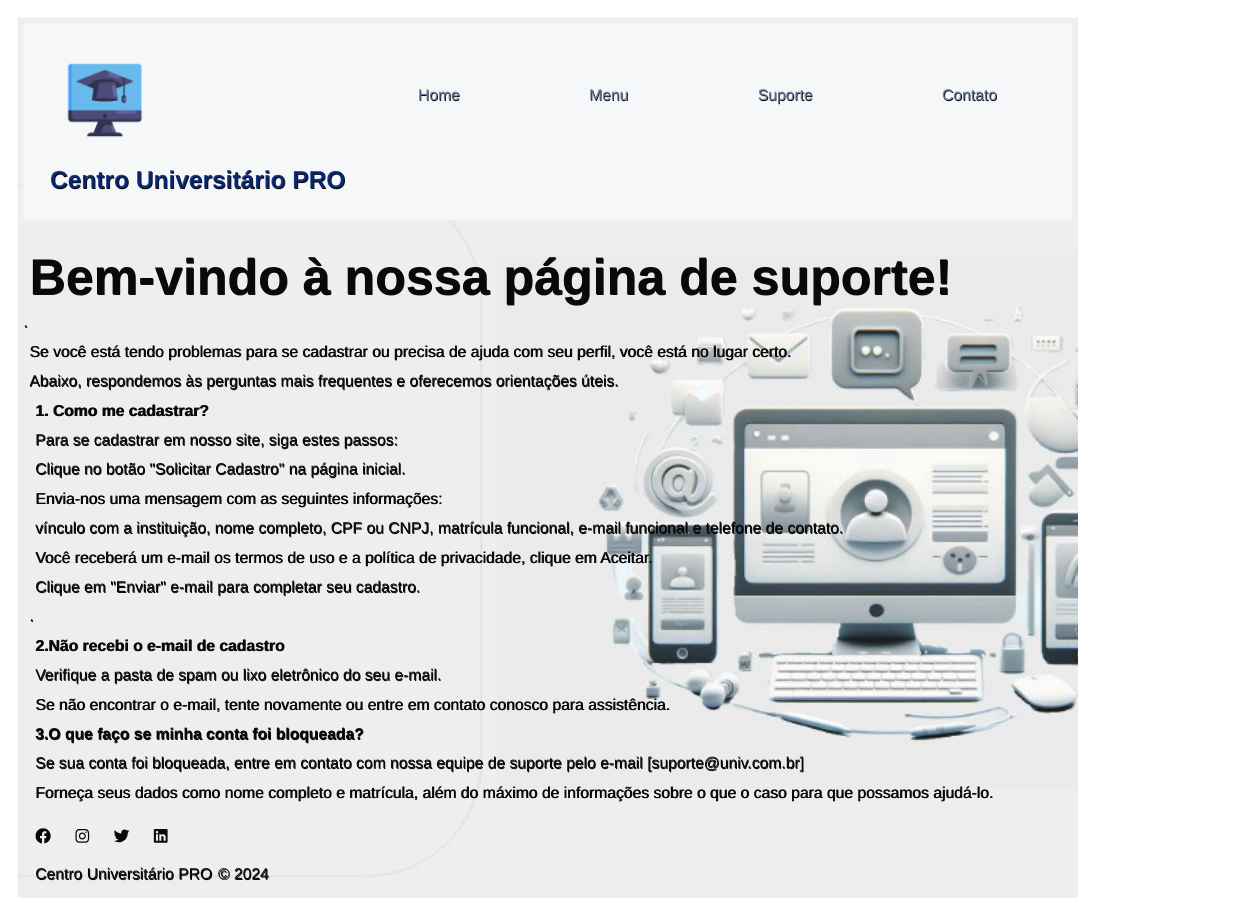
Repository: DanuziaRA/Cadastros-de-Usuarios
Page: /suporte
An editor plug-in stored every save of this project. The page is shown before and after the next save, followed by the edit.
The browser window is 1280 px wide. The pictures show the whole page, at 98% of full size.
The project was rebuilt for these pictures with package versions that can differ from the ones it lists, and the page was loaded fresh each time. Also part of the build but not shown: vite.config.js, src/components/Footer.css, src/router/Contact.jsx, src/router/ErrorPage.jsx, src/router/ContactDetails.jsx, src/router/Login.css, src/router/Login.jsx, src/router/Menu.jsx and 10 more.

Above is the page before, as saved 2024-10-02 16:41:37.

### src/main.jsx
import { StrictMode } from 'react'
import { createRoot } from 'react-dom/client'
import App from './App.jsx'
import './index.css'

import {createBrowserRouter, RouterProvider,Navigate} from 'react-router-dom';

  import Contact from './router/Contact.jsx';
  import ErrorPage from './router/ErrorPage.jsx';
  import ContactDetails from './router/ContactDetails.jsx';
  import Login from './router/Login.jsx';
  import Menu from './router/Menu.jsx';
  import Suporte from './router/Suporte.jsx';
  import Forget from './router/Forget.jsx';
  import Atualizar from './router/Atualizar.jsx';
  import Excluir from './router/Excluir.jsx';
  import Cadastro from './router/Cadastro.jsx';
  import Cadastropj from './router/Cadastropj.jsx';
  import Cadastroprof from './router/Cadastroprof.jsx';
  import Cadastroforn from './router/Cadastroforn.jsx';
  import Cadastroaluno from './router/Cadastroaluno.jsx';


  const router = createBrowserRouter([
        {
      path: "/",
      element: <App/>,
      errorElement: <ErrorPage />,
      children: [
        {
          path: "/",
          element:<Login />,
        },
        {
          path: "suporte",
          element:<Suporte />,
        },
        {
          path: "menu",
          element:<Menu />,
        },
        {
          path: "contact",
          element:<Contact />,
        },
        //Nested routes - identificando unico
        {
          path: "/contact/id",
          element: <ContactDetails />,
        },
        {
          path: "forget",
          element: <Forget />,
        },
        {
          path: "atualizar",
          element: <Atualizar />,
        },
        {
          path: "excluir",
          element: <Excluir />,
        },
        {
          path: "cadastropf",
          element: <Cadastro />,
        },
        {
          path: "cadastropj",
          element: <Cadastropj />,
        },
        {
          path: "cadastroprof",
          element: <Cadastroprof />,
        },
        {
          path: "cadastroforn",
          element: <Cadastroforn />,
        },
        {
          path: "cadastroaluno",
          element: <Cadastroaluno />,
        },
        //Navigate para página não existentes
        {
          path: "oldcontact",
          element: <Navigate to="/contact" />,
        },
      ],
    },
    ]);


createRoot(document.getElementById('root')).render(
  <StrictMode>
    <RouterProvider router={router} />
    </StrictMode>,
);

### src/App.jsx
import './App.css'

import { Outlet } from 'react-router-dom';
import Navbar from './components/Navbar';
import Footer from './components/Footer'


function App() {
  return (
      <div className='App'>
        <Navbar />
        <h1></h1>
        <Outlet />
        <Footer />
    </div>
  );
}

export default App;

### src/router/Suporte.jsx
import React from 'react';
import './Suporte.css';

function Suporte() {

    return (
    <div>
        <h1>Bem-vindo à nossa página de suporte!</h1>.
        <p>Se você está tendo problemas para se cadastrar ou precisa de ajuda com seu perfil, você está no lugar certo.</p>
        <p>Abaixo, respondemos às perguntas mais frequentes e oferecemos orientações úteis.</p>

        <div>
        <h2>1. Como me cadastrar?</h2>
        <p>Para se cadastrar em nosso site, siga estes passos:</p>
<p>Clique no botão "Solicitar Cadastro" na página inicial.</p>
<p>Envia-nos uma mensagem com as seguintes informações:</p>
<p>vínculo com a instituição, nome completo, CPF ou CNPJ, matrícula funcional, e-mail funcional e telefone de contato.</p>
<p>Você receberá um e-mail os termos de uso e a política de privacidade, clique em Aceitar.</p>
<p>Clique em "Enviar" e-mail para completar seu cadastro.</p>.
</div>

<div>
        <h3>2.Não recebi o e-mail de cadastro</h3>
        <p>Verifique a pasta de spam ou lixo eletrônico do seu e-mail.</p>
        <p> Se não encontrar o e-mail, tente novamente ou entre em contato conosco para assistência.</p>
        </div>

        <div>
        <h4>3.O que faço se minha conta foi bloqueada?</h4>
        <p>Se sua conta foi bloqueada, entre em contato com nossa equipe de suporte pelo e-mail [suporte@univ.com.br]</p>
        <p>Forneça seus dados como nome completo e matrícula, além do máximo de informações sobre o que o caso para que possamos ajudá-lo.</p>
    </div>
    </div>
    )
}

export default Suporte;

### src/App.css
* {
  box-sizing: border-box;
  margin: 6px;
  padding: 0px;
  font-family: Helvetica;
  font-size: 16px;
  text-shadow: #0d0d0d 0.7px 0.7px;
  color:rgb(9, 9, 9)
}
.App{
  display: flex;
  flex-direction: column;
  flex-grow: 1;
  justify-content: center;
  align-items: left;
  background-size: cover;
  background-image: url("src/assets/Fundo minimalista cadastro 4.jpg");
  background-position: center;
  }

### src/components/Navbar.jsx
import { Link } from "react-router-dom"
import logo from './../assets/LOGO novo.png'
import { Component } from "react";
import './Navbar.css';


const Navbar = () => {
    return (
    <nav className="navbar">
        <div className="navbar-logo">
        <Link to="/">
            <img src={logo} alt=""/>
            </Link>
            <h1>Centro Universitário PRO</h1>
            </div>
            <ul className="navbar-links">
            <li><a href="/">Home</a></li>
            <li><a href="/Menu">Menu</a></li>
            <li><a href="/Suporte">Suporte</a></li>
            <li><a href= "/Contact">Contato</a></li>
            </ul>
    </nav>
    )
}

export default Navbar

### src/components/Footer.jsx
import { FaFacebook, FaInstagram,FaTwitter,FaLinkedin } from "react-icons/fa"
import { Link } from "react-router-dom";
import './Footer.css';

function Footer(){
    return (
        <nav>
            <Link to="https://www.facebook.com/?locale=pt_BR">
            < FaFacebook alt=""/>
            </Link>
            <Link to="https://www.instagram.com/">
            < FaInstagram alt=""/>
            </Link>
            <Link to="/">
            < FaTwitter alt=""/>
            </Link>
            <Link to="https://www.linkedin.com.br">
            < FaLinkedin alt=""/>
            </Link>
            <p><span>Centro Universitário PRO</span>&copy; 2024</p>
            </nav>


    );

}
export default Footer

### src/router/Menu.css
nav li{
    width: 30%;
    height: 70%;
    outline: none;
    font-size: 16px;
    color: #070000;
    padding: 10px 20px;
    margin: 30px;
    }
nav li a{
    color: #7a7a7a;
    font-size: 16px;
    text-decoration: none;

}

### src/components/Navbar.css
.navbar{
    display: flex;
    justify-content: space-between;
    padding: 15px;
    align-items: left;
    background-color:rgb(245, 247, 249)

}
.navbar-logo h1{
    color: #06297ae1;
    font-size: 25px;
    align-items: center;


}
.navbar-links {
list-style-type: none;
display: flex;
gap: 20px;
align-items: left;

}
.navbar li{
    display: inline;
    }
.navbar-links li a {
    color: #67789ee1;
    text-decoration: none;
}
.navbar-links li a:hover{
    color:#ddd;
}

Loaded but not shown: index.html (common file); src/index.css (common file)

After the next save:
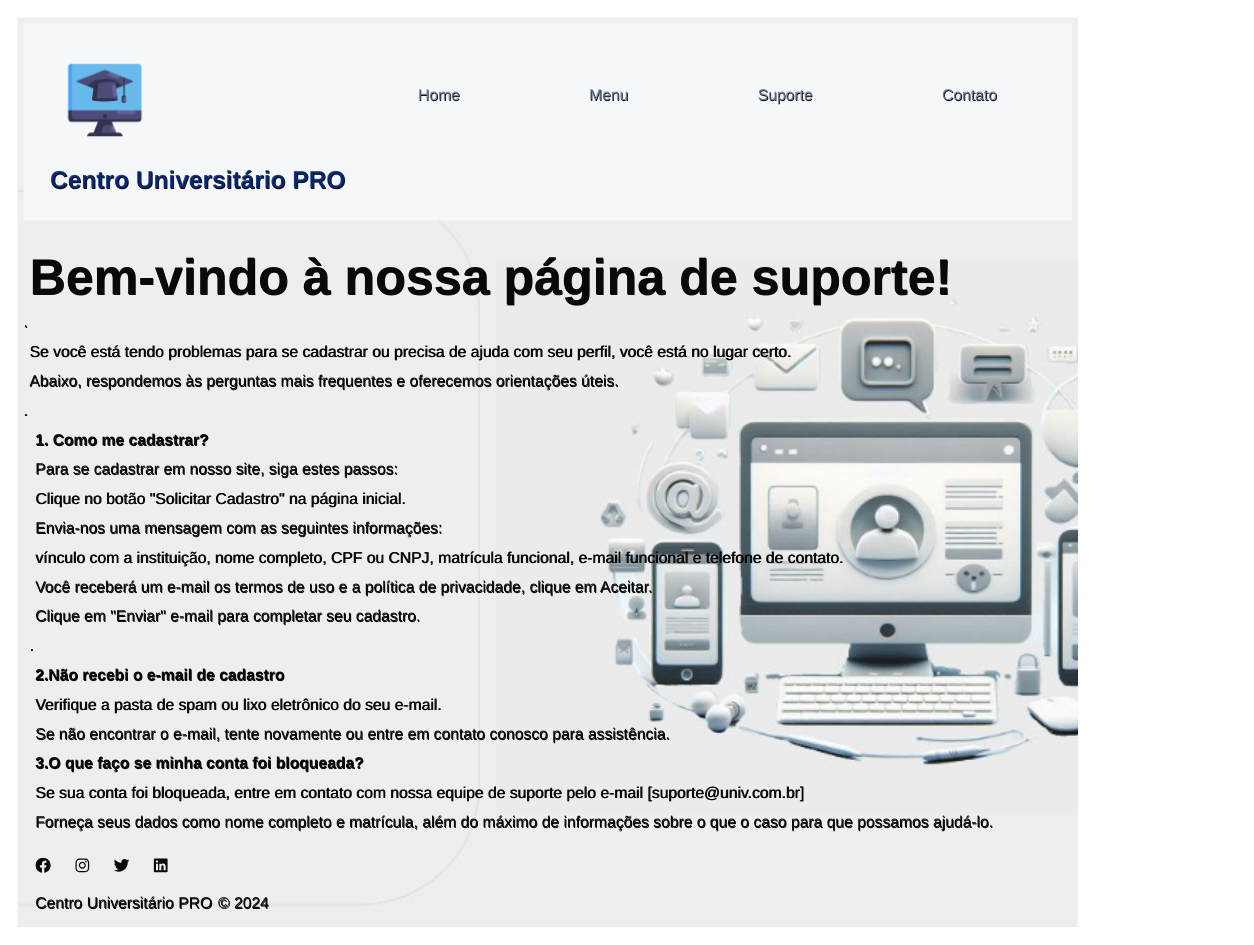
Saved 8 s later.
--- a/src/router/Suporte.jsx
+++ b/src/router/Suporte.jsx
@@ -7,7 +7,7 @@ function Suporte() {
     <div>
         <h1>Bem-vindo à nossa página de suporte!</h1>.
         <p>Se você está tendo problemas para se cadastrar ou precisa de ajuda com seu perfil, você está no lugar certo.</p>
-        <p>Abaixo, respondemos às perguntas mais frequentes e oferecemos orientações úteis.</p>
+        <p>Abaixo, respondemos às perguntas mais frequentes e oferecemos orientações úteis.</p>.
 
         <div>
         <h2>1. Como me cadastrar?</h2>
